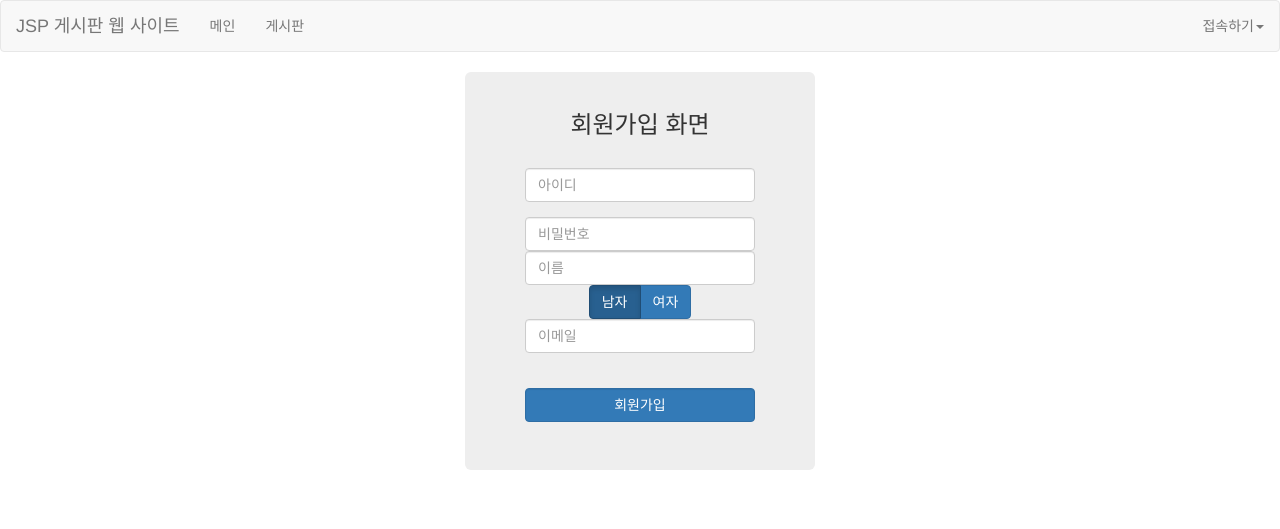
Repository: chyun94/JSP-
Page: http://localhost/BBS/join.jsp
The author's editor kept a copy of each file at every save. The page is drawn from the files as they stood at one save, then again after the next save.
The browser window is 1280 px wide. The pictures show the whole page.
Some web libraries are served in a nearby version. The page is served by Tomcat 9.

Above is the page before, as saved 2021-05-07 17:33:05.

After the next save:
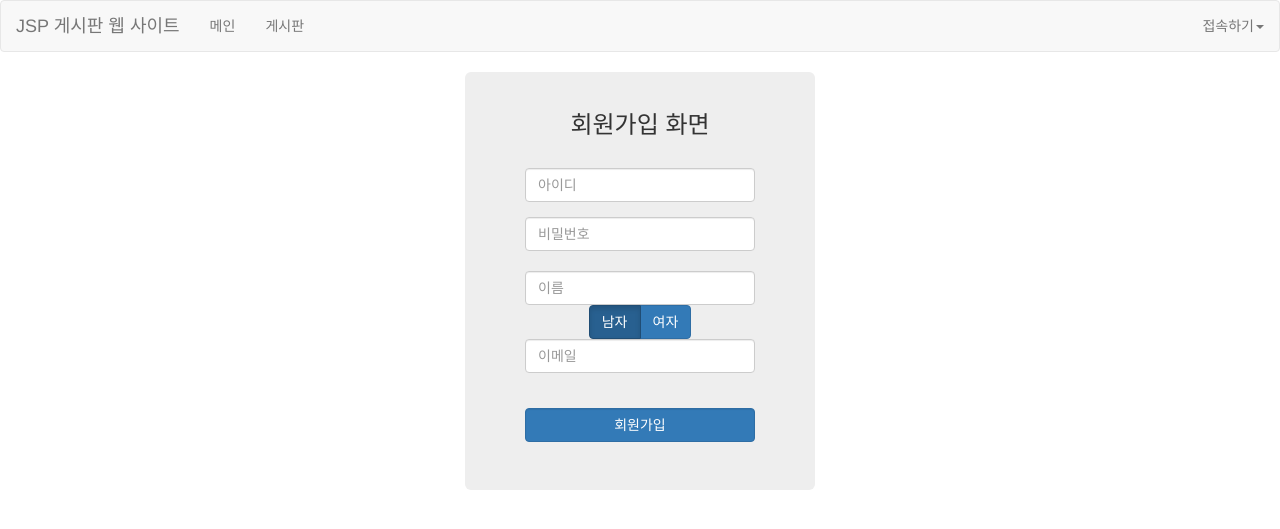
Saved 45 s later.
--- a/BBS/WebContent/join.jsp
+++ b/BBS/WebContent/join.jsp
@@ -60,7 +60,7 @@
 						<input type="text" class="form-control" placeholder="비밀번호" name="userPassword" maxlength="20">
 					</div>
 
-					<div>
+					<div style="padding-top: 20px;">
 						<input type="text" class="form-control" placeholder="이름" name="userName" maxlength="20">
 					</div>
 
